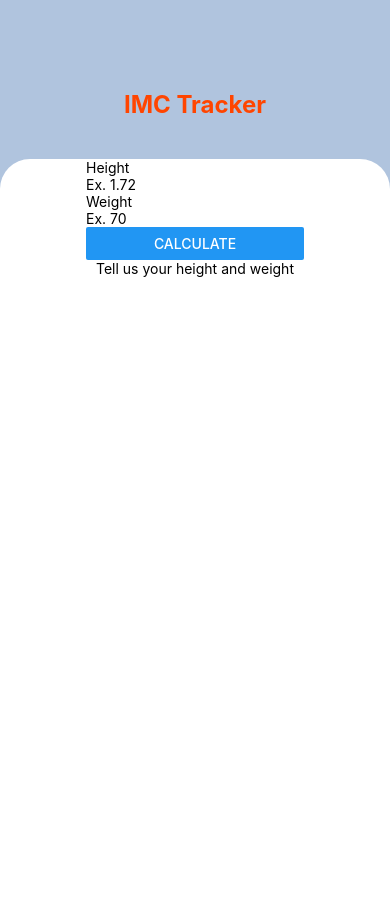
Repository: rubenmatias08/IMCTracker
Screen: /
The author's editor kept a copy of each file at every save. The screen is drawn from the files as they stood at one save, then again after the next save.
The app was drawn by React Native's web renderer in a window 390 px wide. The project was rebuilt for these pictures with package versions that can differ from the ones it lists, and the page was loaded fresh each time.

Above is the screen before, as saved 2024-03-10 18:37:36.

### App.js
import { StyleSheet, View } from 'react-native';
import Title from './src/components/Title';
import Form from './src/components/Form/index'

export default function App() {
  return (
    <View style={styles.container}>
      <Title/>
      <Form />
    </View>
  );
}

const styles = StyleSheet.create({
  container: {
    flex: 1,
    backgroundColor: '#B0C4DE',
    paddingTop: 80,

  },
});



/*
   alignItems: 'center',
    justifyContent: 'center',

*/

### src/components/Title/index.js
import React from "react";
import { View,Text } from "react-native"; //Componentes
import styles from "./style";

export default function Title(){
    return(
        <View style={styles.boxTitle}>
            <Text style={styles.textTitle}>IMC Tracker</Text>
        </View>
    )
}

//Para aplicar a estilização colocamos: style={nomedoficheiroimportado.propriedadeJSON}

### src/components/Form/index.js
import React , {useState} from "react";
import { TextInput, View, Text, Button } from "react-native";
import ResultIMC from "./ResultIMC";
import styles from "./style";


export default function Form(){

    const [height, setHeight] = useState(null); // Altura
    const [weight, setWeight] = useState(null); // Peso
    const [messageIMC, setmessageIMC] = useState("Tell us your height and weight"); // Mensagem que contem o resultado
    const [imc,setIMC] = useState(null); // valor do IMC
    const [textButton, setTextButton] = useState("Calculate"); //

    //Calcular o imc é altura x altura a dividir por peso
    //E vamos querer que nos retorne o resultado (toFixed) que é para vir com 2 casas decimais apenas.
    function CalculatorIMC(){
        return setIMC((weight / (height * height)).toFixed(2))
    }

    //Caso os valores tiverem sido preenchidos ele valida, caso contrário temos de avisar o usuário para preencher os dados de altura e peso.
    //Aqui com a condição é: Caso os valores de height e weight sejam diferentes de null, ou seja, estão preenchidos... Chama a função CalculatorIMC() que fará o calculo que depois nos dá o resultado.
    function ValidationIMC(){
        if(height != null && weight != null){
            CalculatorIMC() //Função do calculo
            setHeight(null) //Reset de height para que se faça depois um novo calculo
            setWeight(null) //Reset de weight para que se faça depois um novo calculo
            setmessageIMC("Your IMC is:") //Mensagem para apresentar o resultado
            setTextButton("Calculate again") //Botão com mensagem
            return //Depois de tudo isto... Retorna-nos.
        }
        setIMC(null) //caso o peso e altura sejam nulos, colocamos o imc como nulo também para que não haja resposta de possiveis calculos anteriores
        setTextButton("Calculate") //Para voltar a apresentar o texto original
        setmessageIMC("Tell us your height and weight") //Para voltar a apresentar o texto original

    }


    return(
        <View style={styles.formContent}>
            <View>
                <Text>Height</Text>
                <TextInput
                onChangeText={setHeight}
                value={height}
                placeholder="Ex. 1.72"
                keyboardType="numeric"
                />

                <Text>Weight</Text>
                <TextInput
                onChangeText={setWeight}
                value={weight}
                placeholder="Ex. 70"
                keyboardType="numeric"
                />

                <Button
                onPress={() => ValidationIMC()}
                title={textButton}/>

            </View>
            <ResultIMC messageResultImc={messageIMC} resultImc={imc}/>
        </View>
    )
}

//O keyboardType indica qual o tipo de teclado que ele vai abrir
//No <ResultIMC> leva duas props com propriedades dinamicas.

### src/components/Title/style.js
import { StyleSheet } from "react-native";

const styles = StyleSheet.create( {
    boxTitle: {
        alignItems: "center",
        justifyContent: "center",
        padding: 10,
    },
    textTitle: {
        color:"#FF4500",
        fontSize:24,
        fontWeight:"bold"
    }
});

export default styles;

### src/components/Form/ResultIMC/index.js
import React from "react";
import { View , Text } from "react-native";

export default function ResultIMC(props){
    return(
        <View>
            <Text>{props.messageResultImc}</Text>
            <Text>{props.resultImc}</Text>
        </View>
    )
}

//Neste componente vai ser mostrado o resultado do valor de IMC e uma mensagem com o valor desse IMC.

### src/components/Form/style.js
import { StyleSheet } from "react-native";

const styles = StyleSheet.create( {
    formContent: {
        width:"100%",
        height:"100%",
        bottom:0,
        backgroundColor:"#ffffff",
        alignItems:"center",
        borderTopLeftRadius:30,
        borderTopRightRadius:30,
        marginTop:30,
    },
    form: {
        width:"100%",
        height:"auto", //Colocando auto, ao colocar novos items ao conteudo ele ajusta.
        marginTop:30,
        padding:10,

    }
});

export default styles;

After the next save:
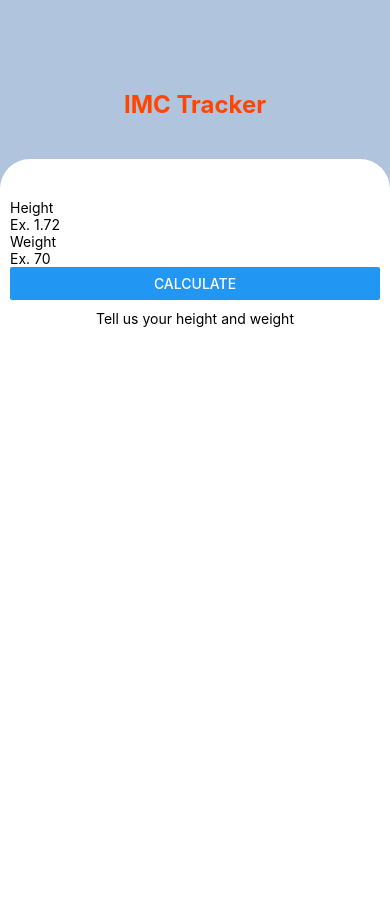
Saved 26 s later.
--- a/src/components/Form/index.js
+++ b/src/components/Form/index.js
@@ -38,7 +38,7 @@ export default function Form(){
 
     return(
         <View style={styles.formContent}>
-            <View>
+            <View style={styles.form}>
                 <Text>Height</Text>
                 <TextInput
                 onChangeText={setHeight}
